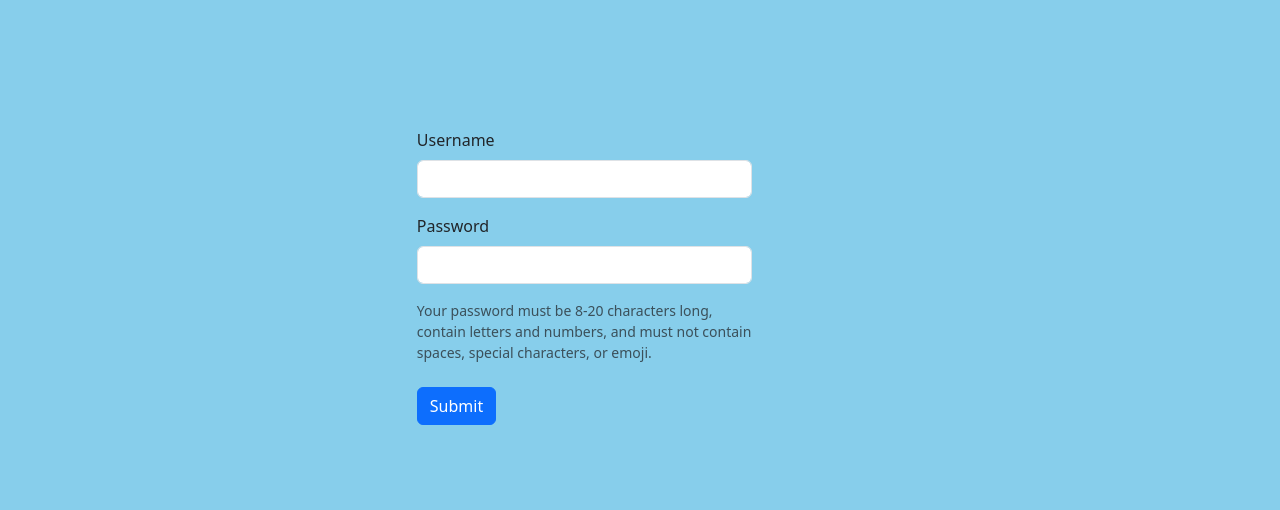
Repository: sarathraj2002/todo-list
Page: login.html
The author's editor kept a copy of each file at every save. The page is drawn from the files as they stood at one save, then again after a run of saves.
The browser window is 1280 px wide. The pictures show the whole page.

Above is the page before, as saved 2024-09-05 11:06:58.

After the next 7 saves:
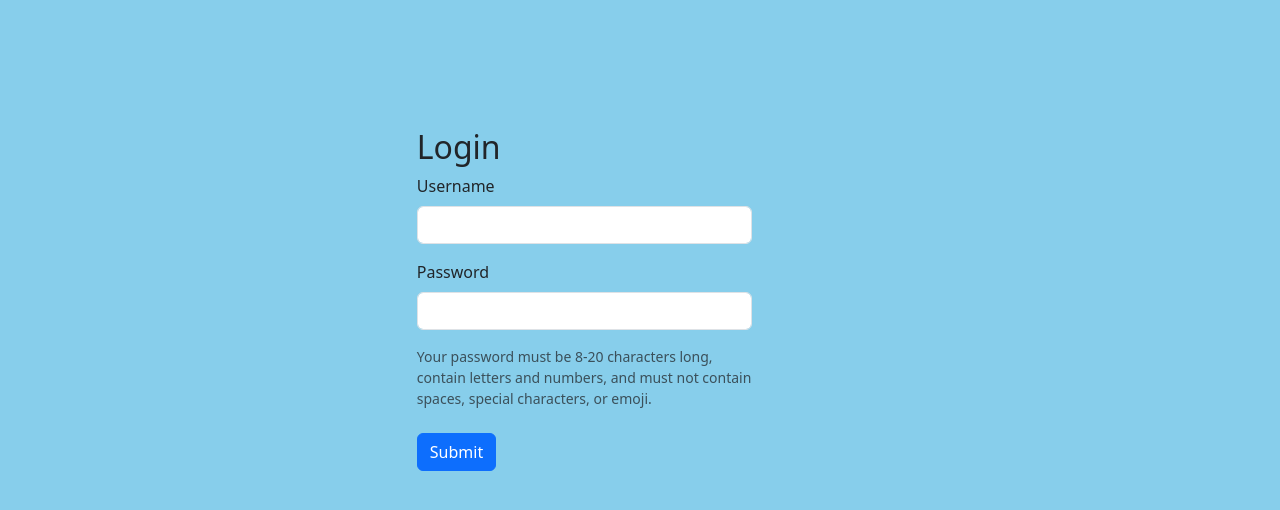
The 7 saves are shown as one change because they came seconds apart.
The last was saved 38 s later.
--- a/login.html
+++ b/login.html
@@ -10,6 +10,7 @@
 <body>
     <div class="container">
     <form class="form">
+        <h2>Login</h2>
         <div class="mb-3">
           <label for="exampleInputUsername1" class="form-label">Username</label>
           <input type="test" class="form-control" id="username" >
